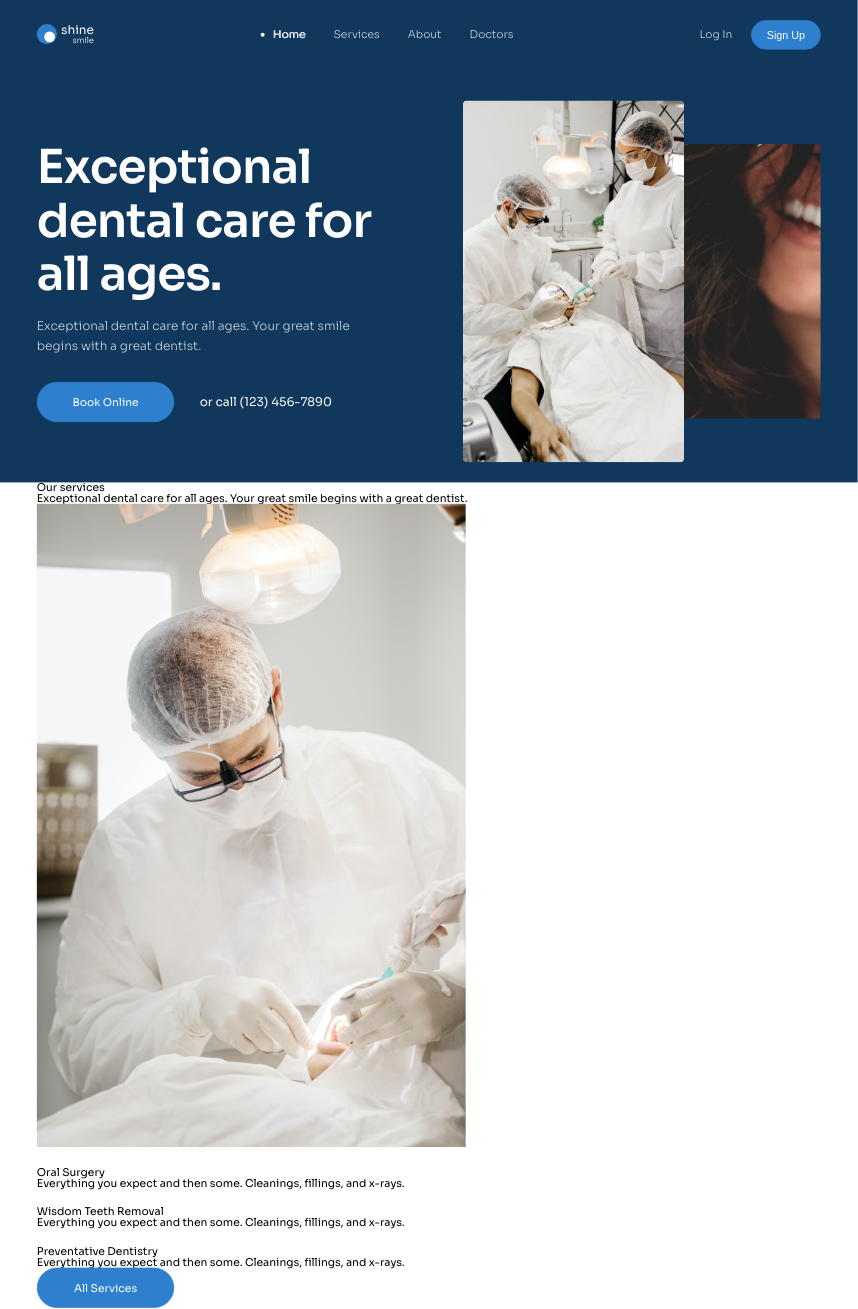
Repository: anhtien111198/f8-htmlcss-03
Page: index.html
An editor plug-in stored every save of this project. The page is shown before and after the next save, followed by the edit.
The browser window is 1280 px wide. The pictures show the whole page, at 67% of full size.

Above is the page before, as saved 2023-05-12 16:33:43.

### index.html
<!DOCTYPE html>
<html lang="en">
    <head>
        <meta charset="UTF-8" />
        <meta http-equiv="X-UA-Compatible" content="IE=edge" />
        <meta name="viewport" content="width=device-width, initial-scale=1.0" />
        <title>shine smile</title>
        <!-- favicon -->
        <link
            rel="apple-touch-icon"
            sizes="57x57"
            href="./assets/favicon/apple-icon-57x57.png"
        />
        <link
            rel="apple-touch-icon"
            sizes="60x60"
            href="./assets/favicon/apple-icon-60x60.png"
        />
        <link
            rel="apple-touch-icon"
            sizes="72x72"
            href="./assets/favicon/apple-icon-72x72.png"
        />
        <link
            rel="apple-touch-icon"
            sizes="76x76"
            href="./assets/favicon/apple-icon-76x76.png"
        />
        <link
            rel="apple-touch-icon"
            sizes="114x114"
            href="./assets/favicon/apple-icon-114x114.png"
        />
        <link
            rel="apple-touch-icon"
            sizes="120x120"
            href="./assets/favicon/apple-icon-120x120.png"
        />
        <link
            rel="apple-touch-icon"
            sizes="144x144"
            href="./assets/favicon/apple-icon-144x144.png"
        />
        <link
            rel="apple-touch-icon"
            sizes="152x152"
            href="./assets/favicon/apple-icon-152x152.png"
        />
        <link
            rel="apple-touch-icon"
            sizes="180x180"
            href="./assets/favicon/apple-icon-180x180.png"
        />
        <link
            rel="icon"
            type="image/png"
            sizes="192x192"
            href="./assets/favicon/android-icon-192x192.png"
        />
        <link
            rel="icon"
            type="image/png"
            sizes="32x32"
            href="./assets/favicon/favicon-32x32.png"
        />
        <link
            rel="icon"
            type="image/png"
            sizes="96x96"
            href="./assets/favicon/favicon-96x96.png"
        />
        <link
            rel="icon"
            type="image/png"
            sizes="16x16"
            href="./assets/favicon/favicon-16x16.png"
        />
        <link rel="manifest" href="./assets/favicon/manifest.json" />
        <meta name="msapplication-TileColor" content="#ffffff" />
        <meta
            name="msapplication-TileImage"
            content="./assets/favicon/ms-icon-144x144.png"
        />
        <meta name="theme-color" content="#ffffff" />
        <!-- font -->
        <link rel="preconnect" href="https://fonts.googleapis.com" />
        <link rel="preconnect" href="https://fonts.gstatic.com" crossorigin />
        <link
            href="https://fonts.googleapis.com/css2?family=Sora:wght@200;300;400;500;600;700;800&display=swap"
            rel="stylesheet"
        />
        <!-- reset css -->
        <link rel="stylesheet" href="./assets/css/reset.css" />
        <!-- style css -->
        <link rel="stylesheet" href="./assets/css/style.css" />
    </head>
    <body>
        <header class="header">
            <div class="container">
                <!-- header top -->
                <div class="header-top">
                    <!-- logo -->
                    <a href="/">
                        <div class="logo">
                            <span class="logo__circle"></span>
                            <span class="logo__text">
                                <span class="logo__brand">shine</span>
                                <span class="logo__brand logo__brand--small">
                                    smile
                                </span>
                            </span>
                        </div>
                    </a>
                    <!-- navbar -->
                    <nav class="navbar">
                        <ul class="navbar__list">
                            <li class="navbar__item">
                                <a
                                    href="#!"
                                    class="navbar__link navbar__link--active"
                                >
                                    Home
                                </a>
                            </li>
                            <li class="navbar__item">
                                <a href="#!" class="navbar__link">Services</a>
                            </li>
                            <li class="navbar__item">
                                <a href="#!" class="navbar__link">About</a>
                            </li>
                            <li class="navbar__item">
                                <a href="#!" class="navbar__link">Doctors</a>
                            </li>
                        </ul>
                    </nav>
                    <!-- action -->
                    <div class="header-action">
                        <a href="#!" class="header-action__login">Log In</a>
                        <button href="#!" class="btn header-action__signup">
                            Sign Up
                        </button>
                    </div>
                </div>
                <!-- Hero -->
                <section class="hero">
                    <!-- hero content -->
                    <section class="hero__content">
                        <h1 class="hero__heading">
                            Exceptional dental care for all ages.
                        </h1>
                        <p class="hero__desc">
                            Exceptional dental care for all ages. Your great
                            smile begins with a great dentist.
                        </p>
                        <div class="hero__row">
                            <a href="" class="btn">Book Online</a>
                            <span class="hero__phone"
                                >or call (123) 456-7890</span
                            >
                        </div>
                    </section>
                    <!-- hero media -->
                    <div class="hero__media">
                        <figure class="hero__images">
                            <img
                                src="./assets/image/hero-01jpg.jpg"
                                alt=""
                                class="hero__img"
                            />
                            <img
                                src="./assets/image/hero-02.jpg"
                                alt=""
                                class="hero__img"
                            />
                        </figure>
                    </div>
                </section>
            </div>
        </header>
        <main style="height: 5000">
            <section class="service">
                <div class="container">
                    <h2 class="section-heading">Our services</h2>
                    <p class="section-desc">
                        Exceptional dental care for all ages. Your great smile
                        begins with a great dentist.
                    </p>
                    <div class="service-row">
                        <figure class="service__images">
                            <img
                                src="./assets/image/service-1.jpg"
                                alt=""
                                class="service__img"
                            />
                        </figure>
                        <div class="service__list">
                            <!-- service item 1 -->
                            <section class="service-item">
                                <div class="service-item__icon-wrap">
                                    <svg
                                        class="service-item__icon"
                                        width="22"
                                        height="24"
                                        viewBox="0 0 22 24"
                                        fill="none"
                                        xmlns="http://www.w3.org/2000/svg"
                                    >
                                        <path
                                            d="M20.3598 2.63964C17.9506 -0.556131 14.2772 -0.568132 11.2481 1.10682C11.001 1.24657 10.7219 1.31411 10.4406 1.30222C10.1592 1.29033 9.88633 1.19945 9.65105 1.03931C8.49552 0.245717 7.29036 -0.316477 5.13904 0.207462C0.623408 1.3071 0 4.90379 0 8.99816C0.0797353 12.1602 0.500857 15.3032 1.25551 18.3683C2.11836 22.0168 3.90382 24 5.43354 24C6.96326 24 7.00963 22.2204 7.00963 20.8016C7.00963 19.2009 7.39505 14.8009 10.8642 14.8009C13.5317 14.8009 14.3333 18.4013 14.3333 20.8016C14.3329 23.095 15.1722 24 16.6628 24C19.5267 24 20.9796 15.3938 21.3719 13.1237C21.7642 10.8535 22.9882 6.12569 20.3598 2.63964Z"
                                            fill="white"
                                        />
                                    </svg>
                                </div>
                                <div class="service-item__body">
                                    <h3 class="service-item__heading">
                                        Oral Surgery
                                    </h3>
                                    <p class="service-item__desc">
                                        Everything you expect and then some.
                                        Cleanings, fillings, and x-rays.
                                    </p>
                                </div>
                            </section>
                            <!-- service item 2 -->
                            <section class="service-item">
                                <div class="service-item__icon-wrap">
                                    <svg
                                        class="service-item__icon"
                                        width="22"
                                        height="24"
                                        viewBox="0 0 22 24"
                                        fill="none"
                                        xmlns="http://www.w3.org/2000/svg"
                                    >
                                        <path
                                            d="M20.3598 2.63964C17.9506 -0.556131 14.2772 -0.568132 11.2481 1.10682C11.001 1.24657 10.7219 1.31411 10.4406 1.30222C10.1592 1.29033 9.88633 1.19945 9.65105 1.03931C8.49552 0.245717 7.29036 -0.316477 5.13904 0.207462C0.623408 1.3071 0 4.90379 0 8.99816C0.0797353 12.1602 0.500857 15.3032 1.25551 18.3683C2.11836 22.0168 3.90382 24 5.43354 24C6.96326 24 7.00963 22.2204 7.00963 20.8016C7.00963 19.2009 7.39505 14.8009 10.8642 14.8009C13.5317 14.8009 14.3333 18.4013 14.3333 20.8016C14.3329 23.095 15.1722 24 16.6628 24C19.5267 24 20.9796 15.3938 21.3719 13.1237C21.7642 10.8535 22.9882 6.12569 20.3598 2.63964Z"
                                            fill="white"
                                        />
                                    </svg>
                                </div>
                                <div class="service-item__body">
                                    <h3 class="service-item__heading">
                                        Wisdom Teeth Removal
                                    </h3>
                                    <p class="service-item__desc">
                                        Everything you expect and then some.
                                        Cleanings, fillings, and x-rays.
                                    </p>
                                </div>
                            </section>
                            <!-- service item 3 -->
                            <section class="service-item">
                                <div class="service-item__icon-wrap">
                                    <svg
                                        class="service-item__icon"
                                        width="22"
                                        height="24"
                                        viewBox="0 0 22 24"
                                        fill="none"
                                        xmlns="http://www.w3.org/2000/svg"
                                    >
                                        <path
                                            d="M20.3598 2.63964C17.9506 -0.556131 14.2772 -0.568132 11.2481 1.10682C11.001 1.24657 10.7219 1.31411 10.4406 1.30222C10.1592 1.29033 9.88633 1.19945 9.65105 1.03931C8.49552 0.245717 7.29036 -0.316477 5.13904 0.207462C0.623408 1.3071 0 4.90379 0 8.99816C0.0797353 12.1602 0.500857 15.3032 1.25551 18.3683C2.11836 22.0168 3.90382 24 5.43354 24C6.96326 24 7.00963 22.2204 7.00963 20.8016C7.00963 19.2009 7.39505 14.8009 10.8642 14.8009C13.5317 14.8009 14.3333 18.4013 14.3333 20.8016C14.3329 23.095 15.1722 24 16.6628 24C19.5267 24 20.9796 15.3938 21.3719 13.1237C21.7642 10.8535 22.9882 6.12569 20.3598 2.63964Z"
                                            fill="white"
                                        />
                                    </svg>
                                </div>
                                <div class="service-item__body">
                                    <h3 class="service-item__heading">
                                        Preventative Dentistry
                                    </h3>
                                    <p class="service-item__desc">
                                        Everything you expect and then some.
                                        Cleanings, fillings, and x-rays.
                                    </p>
                                </div>
                            </section>
                        </div>
                        <a href="#!" class="btn">All Services</a>
                    </div>
                </div>
            </section>
        </main>
    </body>
</html>

### assets/css/style.css
* {
    box-sizing: border-box;
}
:root {
    --header-bg: #10375c;
}
html {
    font-size: 62.5%;
}
body {
    font-size: 1.6rem;
    font-family: "Sora", sans-serif;
}
/* ======Common========= */
a {
    text-decoration: none;
}
.container {
    width: 1170px;
    max-width: calc(100% - 48px);
    margin: 0 auto;
}
.btn {
    --height: 60px;
    display: inline-block;
    min-width: 205px;
    height: var(--height);
    padding: 0 20px;
    border-radius: 99px;
    border: 1px solid #2e80ce;
    font-size: 1.6rem;
    font-weight: 400;
    line-height: var(--height);
    color: #fff;
    text-align: center;
    background: #2e80ce;
}
.btn:hover {
    opacity: 0.9;
    cursor: pointer;
}
/* ========header============= */
.header {
    min-height: 100vh;
    padding-top: 30px;
    background: var(--header-bg);
}
.logo {
    position: relative;
    display: inline-flex;
    font-size: 1rem;
}
.logo__circle::after,
.logo__circle::before {
    content: "";
    display: inline-block;
    border-radius: 50%;
}
.logo__circle::before {
    width: 3em;
    height: 3em;
    background: #2e80ce;
}
.logo__circle::after {
    position: absolute;
    top: 1.1em;
    left: 1.1em;
    width: 1.6em;
    height: 1.6em;
    background: #ffffff;
}
.logo__text {
    margin-left: 0.6em;
    text-align: right;
    line-height: 1.6em;
}
.logo__brand {
    display: block;
    font-size: 1.8em;
    font-weight: 400;
    color: #ffffff;
}
.logo__brand--small {
    font-size: 1.2em;
    font-weight: 300;
}
/* ========Header top========== */
.header-top {
    display: flex;
    align-items: center;
    justify-content: space-between;
}
.navbar__list {
    display: flex;
}
.header-action__login,
.navbar__link {
    padding: 4px 21px;
    font-weight: 300;
    font-size: 1.6rem;
    color: #c9d2da;
}
.navbar__link:hover,
.navbar__link--active {
    color: #fff;
    text-shadow: 1px 0 0 currentColor;
}
.navbar__link--active::before {
    position: relative;
    top: -2px;
    left: -8px;
    content: "";
    display: inline-block;
    width: 6px;
    height: 6px;
    border-radius: 50%;
    background: #fff;
}
.header-action {
    display: flex;
    align-items: center;
}
.header-action__login {
    margin-right: 7px;
}
.header-action__signup {
    --height: 44px;
    min-width: 104px;
}
/* ========hero=========== */
.hero {
    display: flex;
    align-items: center;
    margin-top: 76px;
}
.hero__content {
    flex-shrink: 0;
    width: 44%;
}
.hero__media {
    flex-grow: 1;
}
.hero__heading {
    font-weight: 600;
    font-size: 7rem;
    line-height: 1.14;
    letter-spacing: -0.02em;
    color: #ffffff;
}
.hero__desc {
    margin-top: 22px;
    font-weight: 300;
    font-size: 1.8rem;
    line-height: 1.67;
    color: #c9d2da;
}
.hero__row {
    display: flex;
    align-items: center;
    margin-top: 38px;
}
.hero__phone {
    margin-left: 38px;
    font-weight: 400;
    font-size: 1.8rem;
    line-height: 1.67;
    color: #ffffff;
}
.hero__images {
    display: flex;
    align-items: center;
    justify-content: flex-end;
}
.hero__img {
    width: 330px;
    height: 540px;
    border-radius: 6px;
    object-fit: cover;
}
.hero__img:first-child {
    position: relative;
    margin-right: -6px;
}
.hero__img:last-child {
    width: 210px;
    height: 410px;
}

Loaded but not shown: assets/css/reset.css (common file)

After the next save:
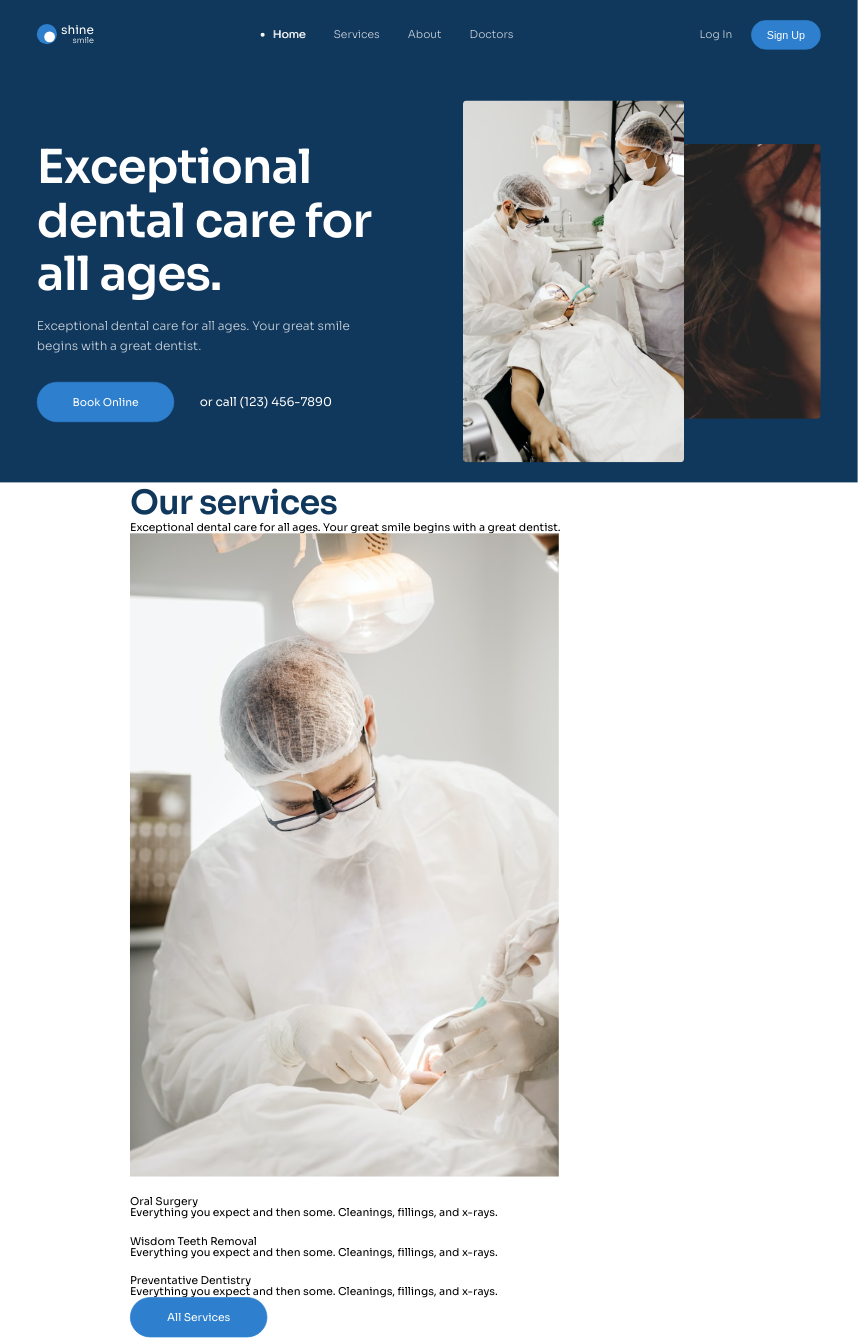
Saved 3 min 23 s later.
--- a/assets/css/style.css
+++ b/assets/css/style.css
@@ -38,6 +38,13 @@
 .btn:hover {
     opacity: 0.9;
     cursor: pointer;
+}
+.section-heading {
+    font-weight: 600;
+    font-size: 5rem;
+    line-height: 1.2;
+    letter-spacing: -0.02em;
+    color: #10375c;
 }
 /* ========header============= */
 .header {
@@ -185,3 +192,7 @@
     width: 210px;
     height: 410px;
 }
+/* ========service=========== */
+.service {
+    padding: 0 170px;
+}
